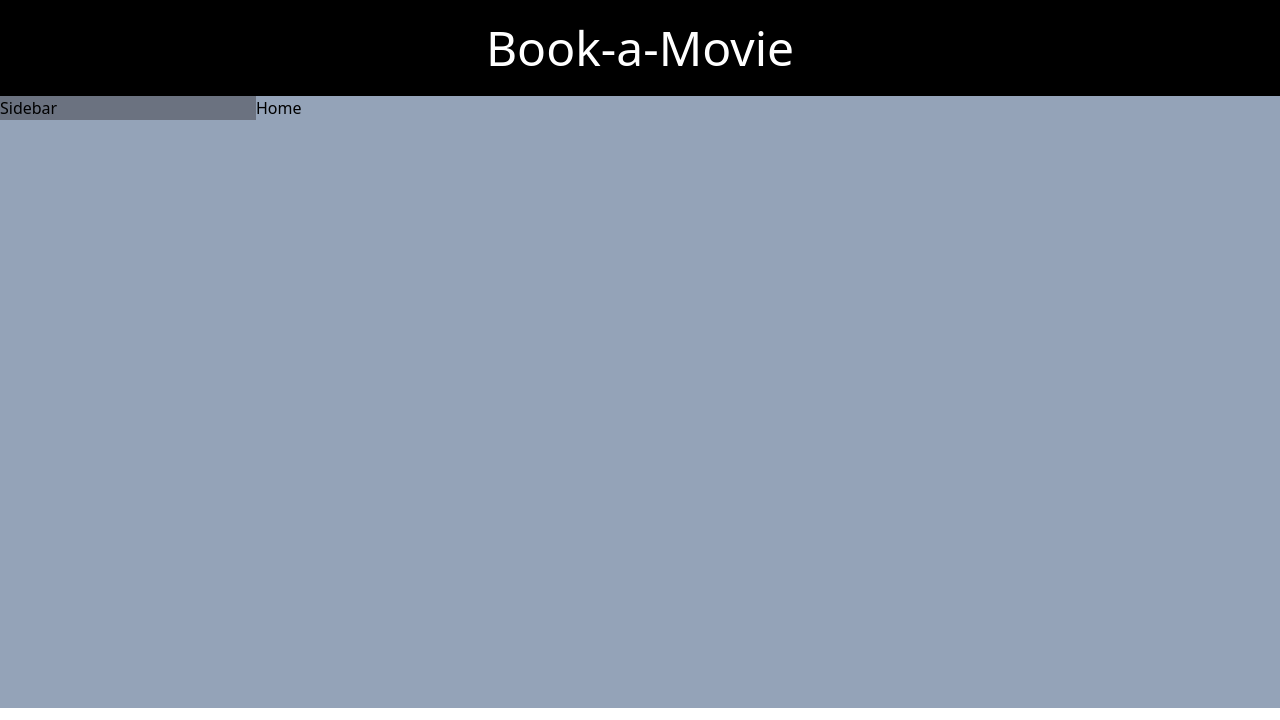
Repository: BhumilModi/movie-booking-app-assignment
Page: /Home
These files come from the project's save history. The page is drawn as it stood at one moment and after the next save; the edit follows.
The browser window is 1280 px wide. The pictures show the whole page.
The project was rebuilt for these pictures with package versions that can differ from the ones it lists, and the page was loaded fresh each time. Also part of the build but not shown: src/App.css, src/components/Login.jsx, src/components/SignUp.jsx.

Above is the page before, as saved 2022-11-29 19:07:56.

After the next save:
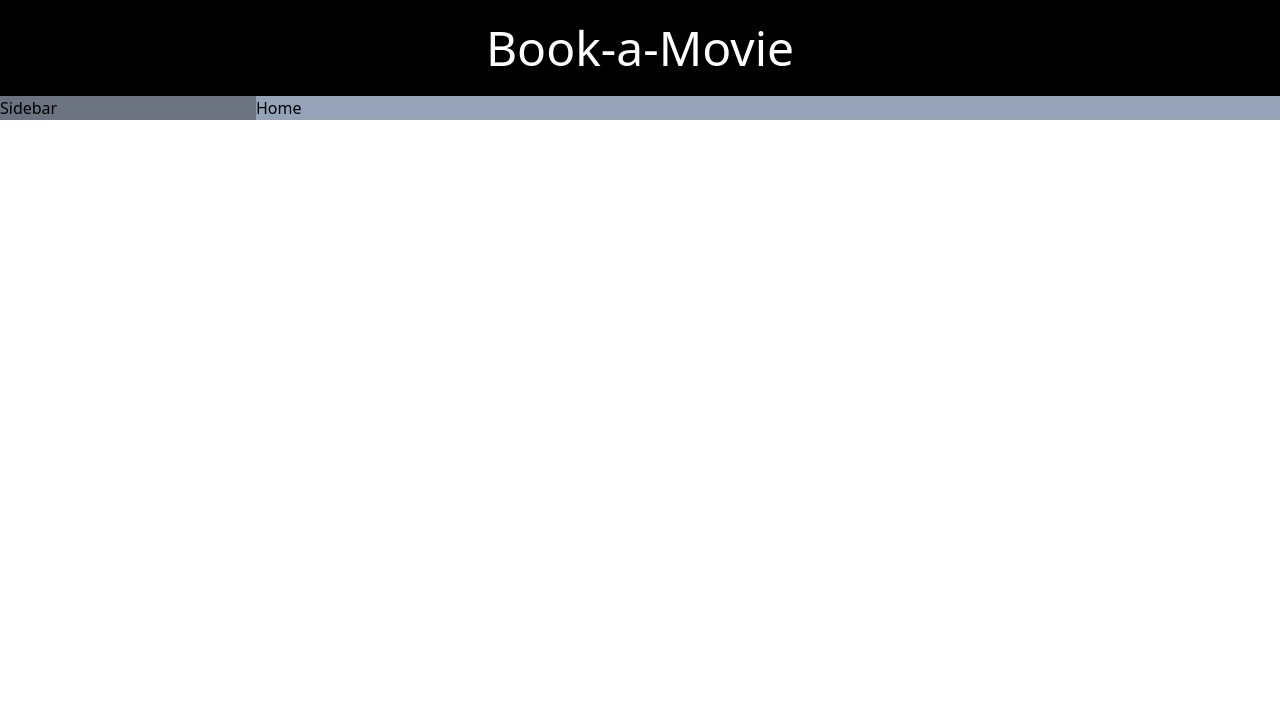
Saved 7 s later.
--- a/src/components/Home.jsx
+++ b/src/components/Home.jsx
@@ -6,7 +6,7 @@ function Home() {
   return (
     <div>
       <Navbar />
-      <div className="flex h-[85vh] bg-slate-400">
+      <div className="flex flex-1 bg-slate-400">
         <Sidebar />
         Home
       </div>
